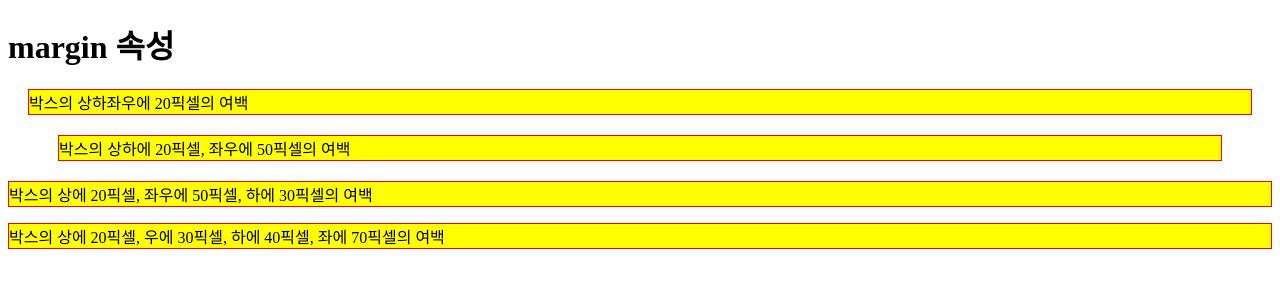
Repository: cussip/SuperHands
Page: WebExam/src/main/webapp/css/box_model/margin2.html
The author's editor kept a copy of each file at every save. The page is drawn from the files as they stood at one save, then again after the next save.
The browser window is 1280 px wide. The pictures show the whole page.

Above is the page before, as saved 2022-01-31 05:17:23.

### WebExam/src/main/webapp/css/box_model/margin2.html
<!DOCTYPE html>
<html>
<head>
	<meta charset="UTF-8">
	<title>margin2.html</title>
	<style>
		p {
			border: 1px solid red;
			background: yellow;
		}
		.box1 {
			margin: 20px;
		}
		.box2 {
			margin: 20px 50px;
		}
		.box3 {
		}
		.box4 {
		}
	</style>
</head>
<body>
	<h1>margin 속성</h1>
	<p class="box1">박스의 상하좌우에 20픽셀의 여백</p>
	<p class="box2">박스의 상하에 20픽셀, 좌우에 50픽셀의 여백</p>
	<p class="box3">박스의 상에 20픽셀, 좌우에 50픽셀, 하에 30픽셀의 여백</p>
	<p class="box4">박스의 상에 20픽셀, 우에 30픽셀, 하에 40픽셀, 좌에 70픽셀의 여백</p>
</body>
</html>

After the next save:
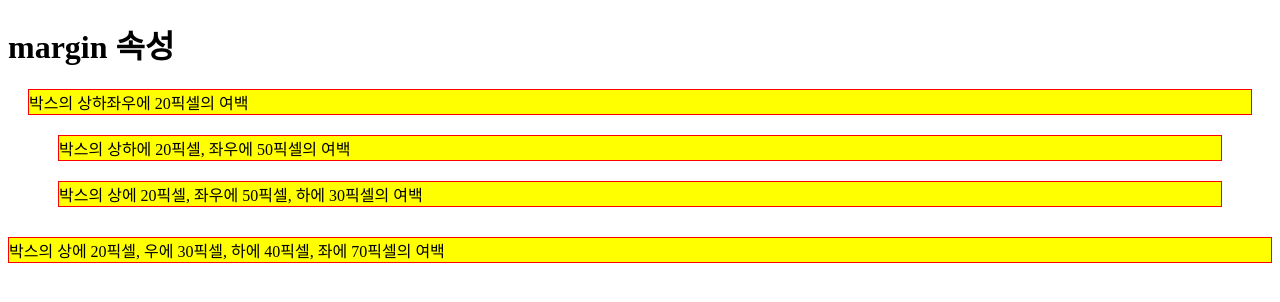
Saved 21 s later.
--- a/WebExam/src/main/webapp/css/box_model/margin2.html
+++ b/WebExam/src/main/webapp/css/box_model/margin2.html
@@ -15,6 +15,7 @@
 			margin: 20px 50px;
 		}
 		.box3 {
+			margin: 20px 50px 30px;
 		}
 		.box4 {
 		}
